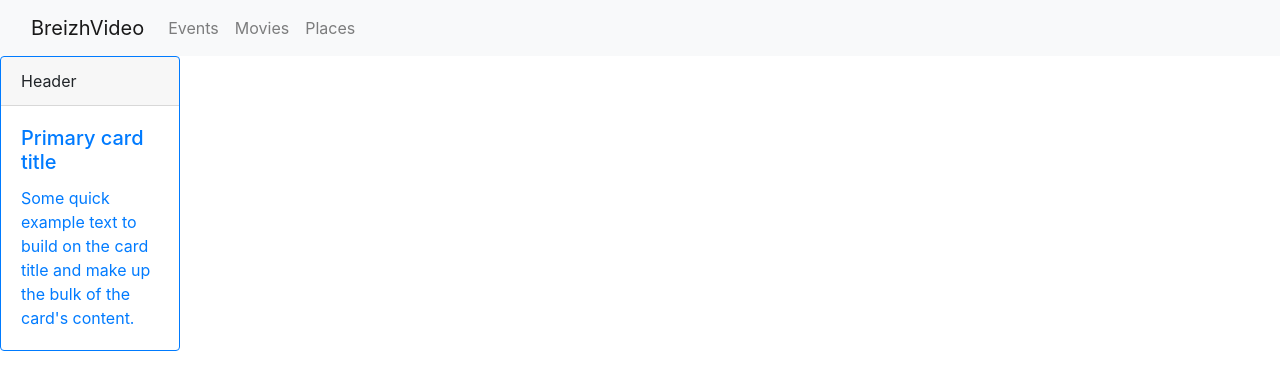
Repository: romgrm/Hackaton_BreizhVideo_FRONT
Page: /Movies
These files come from the project's save history. The page is drawn as it stood at one moment and after the next save; the edit follows.
The browser window is 1280 px wide. The pictures show the whole page.
The page's requests for data from a server got no answer. The project was rebuilt for these pictures with package versions that can differ from the ones it lists, and the page was loaded fresh each time. No one was signed in, and anything a server would have sent is missing. Also part of the build but not shown: src/Components/Events.js, src/Components/Village.js.

Above is the page before, as saved 2020-12-21 16:02:12.

After the next save:
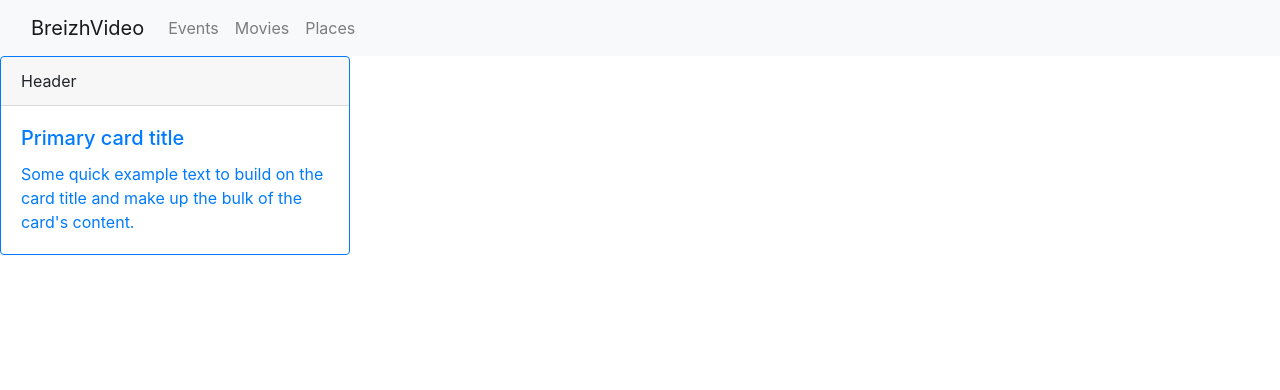
Saved 9 s later.
--- a/src/Components/Films.js
+++ b/src/Components/Films.js
@@ -26,7 +26,7 @@ export default function Films() {
                     <h1>{current.title} </h1>))}
             </div>
 
-            <div class="card border-primary mb-3" style={{width: 180}}>
+            <div class="card border-primary mb-3" style={{width: 350}}>
                 <div class="card-header">Header</div>
                 <div class="card-body text-primary">
                     <h5 class="card-title">Primary card title</h5>
